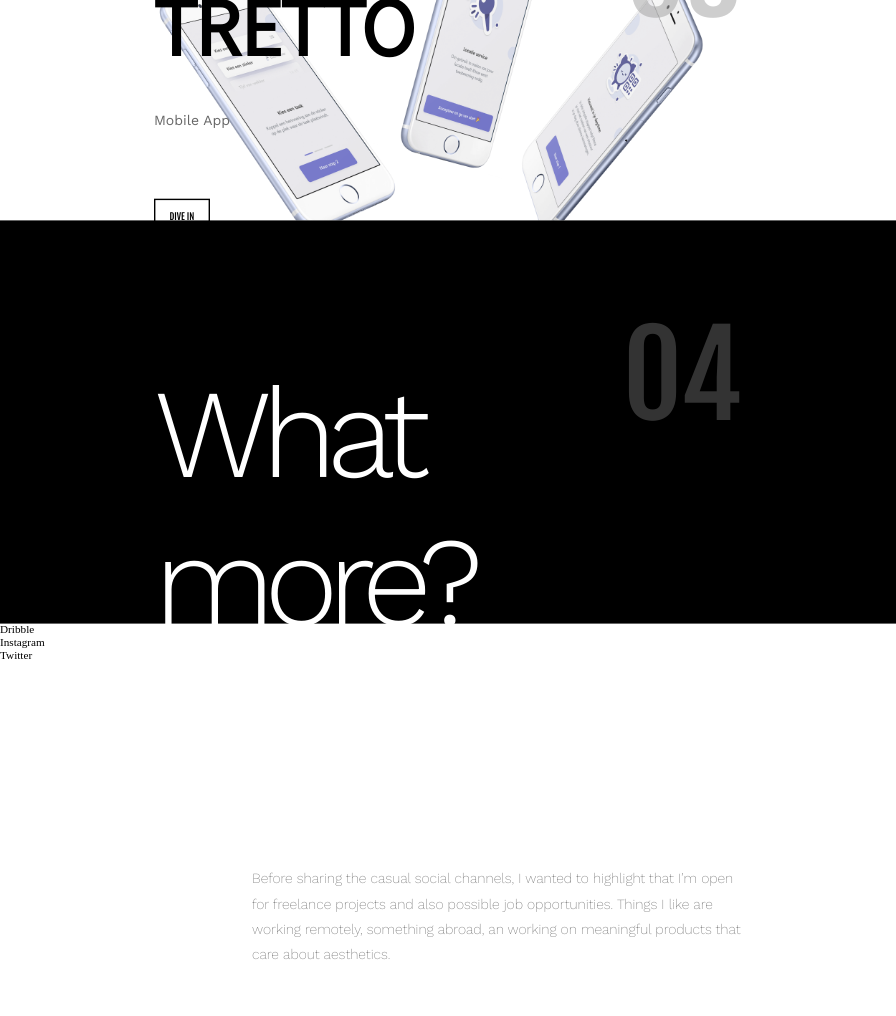
Repository: m0lt/DigitalDesigner
Page: index.html
The author's editor kept a copy of each file at every save. The page is drawn from the files as they stood at one save, then again after the next save.
The browser window is 1280 px wide. The pictures show the part of the page from y = 3397 to 5317 px (the page is 4849 px tall before and 5317 px after), at 70% of full size.
Backgrounds fixed to the window are drawn as part of the page.

Above is the page before, as saved 2025-07-08 12:47:17.

After the next save:
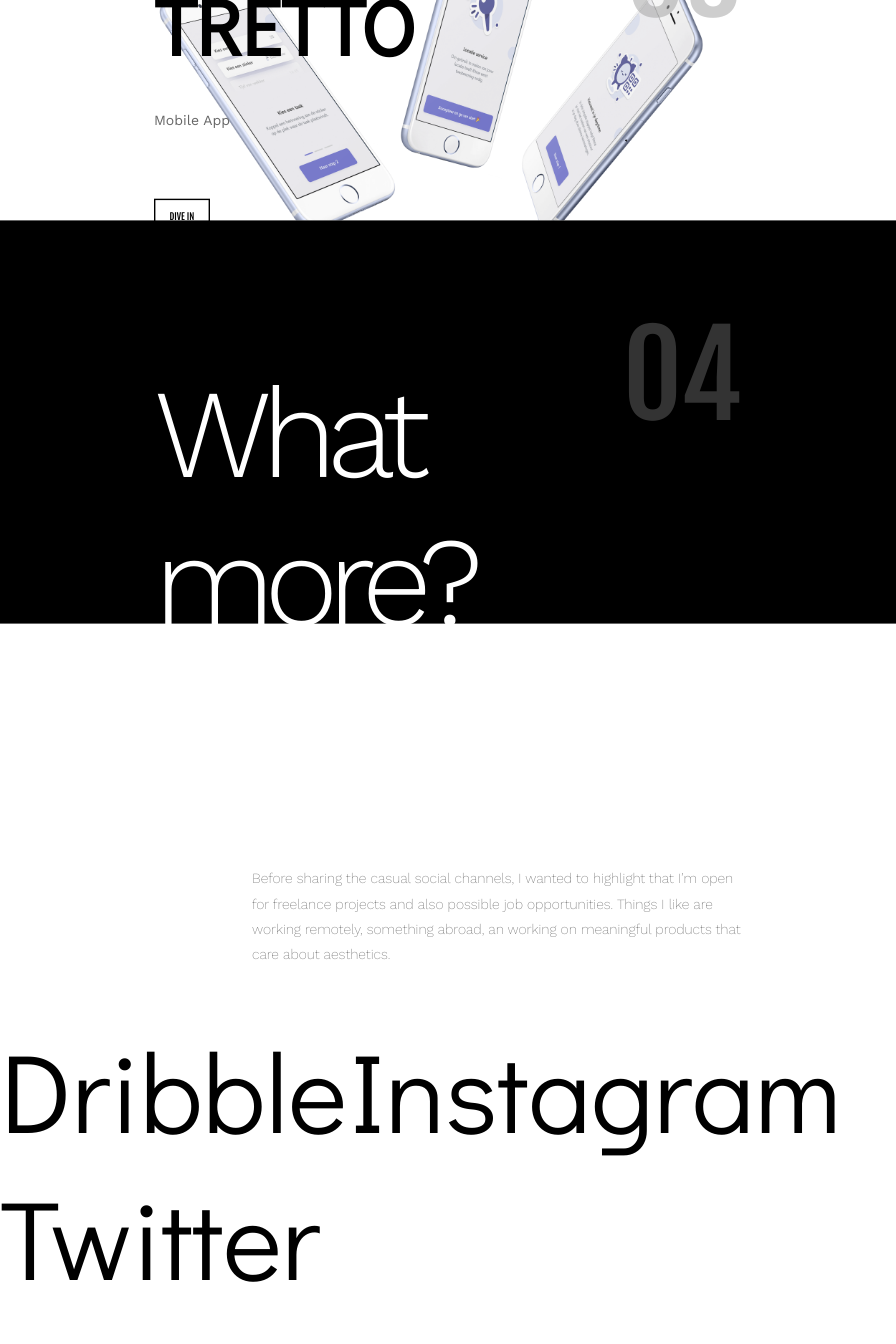
Saved 51 s later.
--- a/index.html
+++ b/index.html
@@ -65,9 +65,9 @@
       </article>
     </main>
     <footer>
-      <p>Dribble</p>
-      <p>Instagram</p>
-      <p>Twitter</p>
+      <a href="">Dribble</a>
+      <a href="">Instagram</a>
+      <a href="">Twitter</a>
     </footer>
   </body>
 </html>
